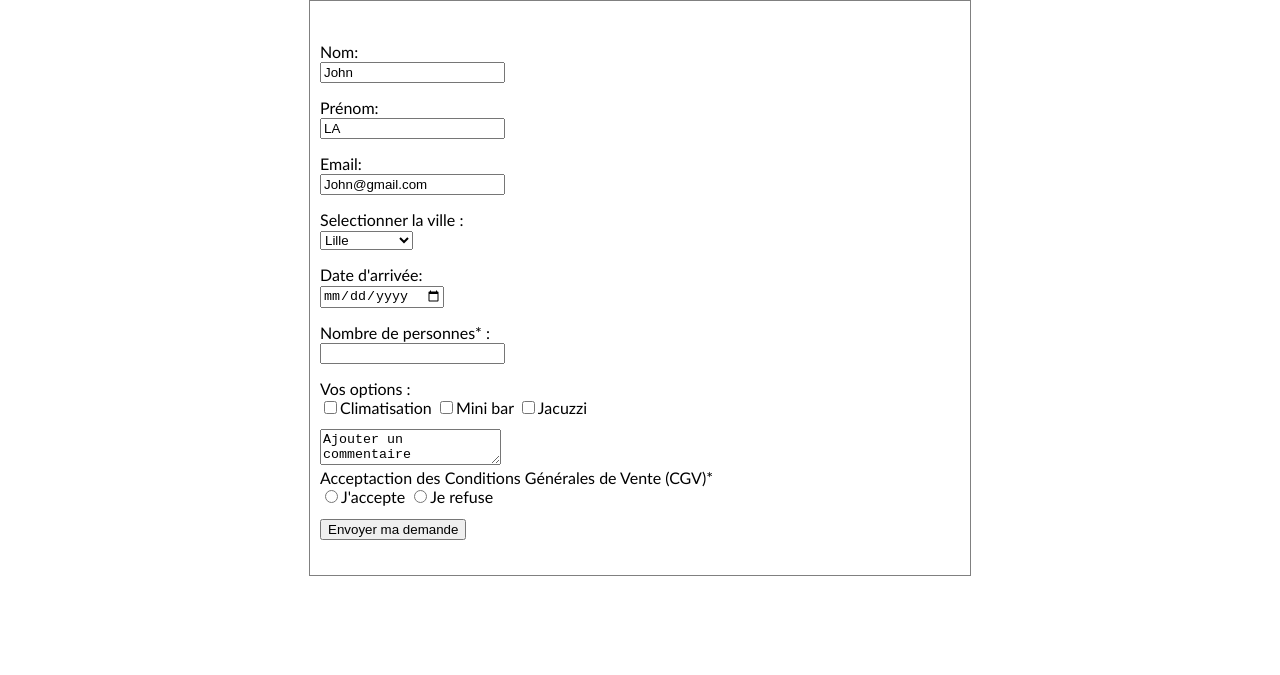
Repository: Coumba25040/coumbaProjet
Page: Env/index.html
An editor plug-in stored every save of this project. The page is shown before and after the next save, followed by the edit.
The browser window is 1280 px wide. The pictures show the whole page.

Above is the page before, as saved 2024-10-14 20:10:35.

### Env/index.html
<!DOCTYPE html>
<html lang="fr">

<head> <!-- partie invisible -->
    <meta charset="UTF-8">
    <meta http-equiv="X-UA-Compatible" content="IE=edge">
    <meta name="viewport" content="width=device-width, initial-scale=1.0">
    <title>Formulaire de réservation</title>

    <style>
        body {
            width: 50%;
            margin: auto;
            border: 1px solid gray;
            padding: 20px 10px;
            font-family: 'Gill Sans', 'Gill Sans MT', Calibri, 'Trebuchet MS', sans-serif;
        }

        h1,
        h3 {
            background: white;
            text-align: center;
        }

        label,
        input,
        select {
            margin-bottom: 15px;
        }
    </style>
</head>

<body> <!-- corps de la page début du contenu qui sera affiché -->

    <h1> </h1> <!-- Titre de niveau 1 -->
    <h3> </h3> <!-- Titre de niveau 3 (plus petit) -->

    <!-- début du formulaire -->
    <form id="registration_form" method="POST">
        <label for="Nom">Nom:<br>
<input type="text" name="Nom" value="John"></label></br>

<label for="Nom">Prénom:<br>
    <input type="text" name="Prénom" value="LA"></label></br>

    <label for="Email">Email:<br>
        <input type="text" name="Email" value="John@gmail.com"></label></br>


        <label for="ville">Selectionner la ville : </label> <br>

        <select id="ville" name="ville">

            <option value="ville">Lille</option>
            <option value="ville">Paris</option>
            <option value="ville">Bordeaux</option>
            <option value="ville">Marseille</option>
            <option value="ville">Nantes</option>
            <option value="ville">Lyon</option>
            <option value="ville">La Rochelle</option>
            <option value="ville">Poitiers</option>
            <option value="ville">Toulouse</option>

        </select></br>

        <label for="date">Date d'arrivée:</label><br>
        <input type="date"></br>


        <label for="nombre de personnes">Nombre de personnes* :<br>
            <input type="number"name="Nombre" value="option"></label></br>


            <label for="Vos option">Vos options :<br>
            <input type="checkbox"name="option" value="climatisation">Climatisation</label></input>
            <input type="checkbox"name="option" value="climatisation">Mini bar</label></input>
            <input type="checkbox"name="option" value="climatisation">Jacuzzi</label></input></br>



        <textarea name="commentaire" rows="2" cols="20">Ajouter un commentaire</textarea><br>

        <label for="CGV">Acceptaction des Conditions Générales de Vente (CGV)*<br>
        <input type="radio">J'accepte
        <input type="radio">Je refuse</label></br>

        <input type="submit" value="Envoyer ma demande">


    </form> <!--  fin du formulaire -->
</body> <!-- fin du contenu de la page -->

</html>

After the next save:
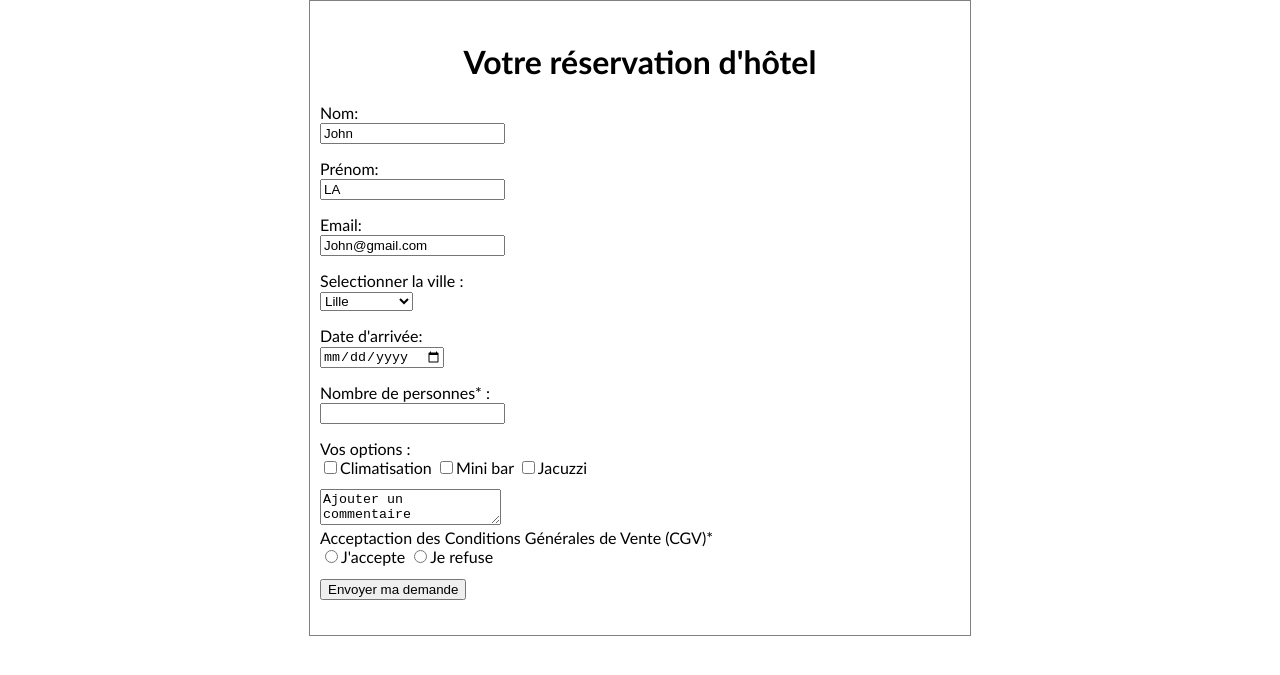
Saved 4 min 47 s later.
--- a/Env/index.html
+++ b/Env/index.html
@@ -32,7 +32,7 @@
 
 <body> <!-- corps de la page début du contenu qui sera affiché -->
 
-    <h1> </h1> <!-- Titre de niveau 1 -->
+    <h1>Votre réservation d'hôtel </h1> <!-- Titre de niveau 1 -->
     <h3> </h3> <!-- Titre de niveau 3 (plus petit) -->
 
     <!-- début du formulaire -->
